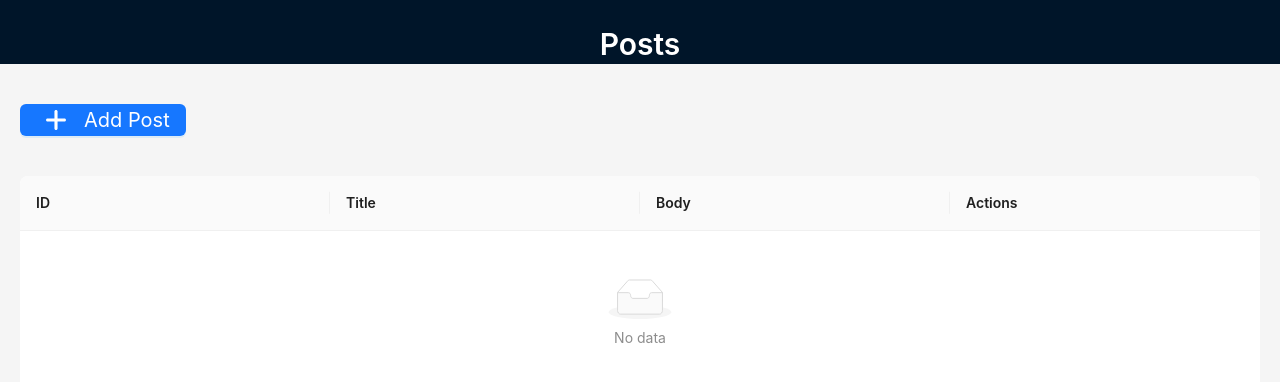
Repository: yasserrrz/Denamo-posts
Page: /
An editor plug-in stored every save of this project. The page is shown before and after the next save, followed by the edit.
The browser window is 1280 px wide. The pictures show the whole page.
The page's requests for data from a server got no answer. The project was rebuilt for these pictures with package versions that can differ from the ones it lists, and the page was loaded fresh each time. No one was signed in, and anything a server would have sent is missing. Also part of the build but not shown: src/components/PostForm.tsx.

Above is the page before, as saved 2024-11-28 15:39:54.

After the next save:
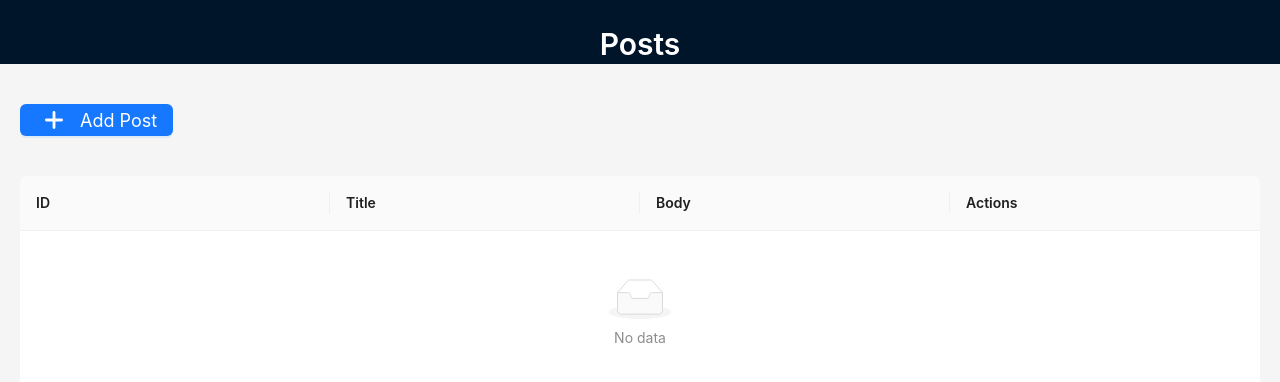
Saved 8 s later.
--- a/src/App.tsx
+++ b/src/App.tsx
@@ -21,7 +21,7 @@ const App: React.FC = () => {
 
       <Content style={{ padding: '20px' }}>
          <div style={{marginTop: '20px ' , marginBottom: '20px' , display: 'flex', justifyContent: 'space-between' }}>
-         <Button onClick={()=>{setIsModalOpen(true)}} style={{fontSize: '20px'}} type="primary"><AddIcon/> Add Post</Button>
+         <Button onClick={()=>{setIsModalOpen(true)}} style={{fontSize: '18px'}} type="primary"><AddIcon/> Add Post</Button>
          </div>
         <div style={{ marginTop: '40px' }}>
           <DataTable />
